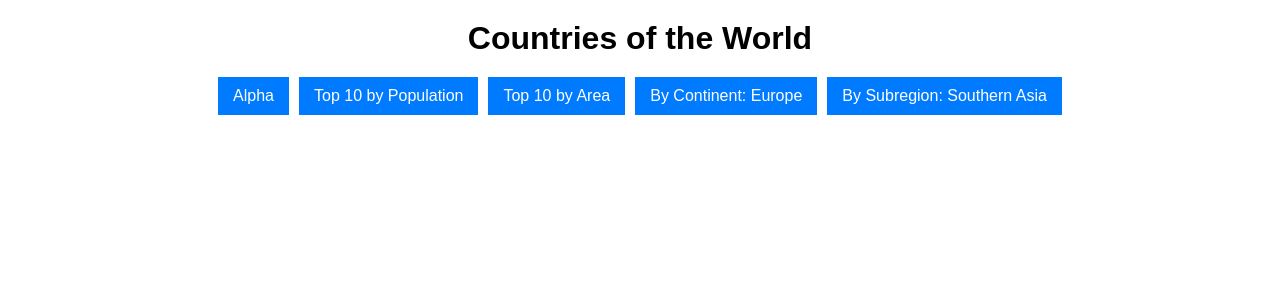
Repository: GavinPahal/Labweek10
Page: /
An editor plug-in stored every save of this project. The page is shown before and after the next save, followed by the edit.
The browser window is 1280 px wide. The pictures show the whole page.
The page's requests for data from a server got no answer. The project was rebuilt for these pictures with package versions that can differ from the ones it lists, and the page was loaded fresh each time. No one was signed in, and anything a server would have sent is missing. Also part of the build but not shown: vite.config.js, src/components/Country.jsx.

Above is the page before, as saved 2024-11-08 23:15:47.

After the next save:
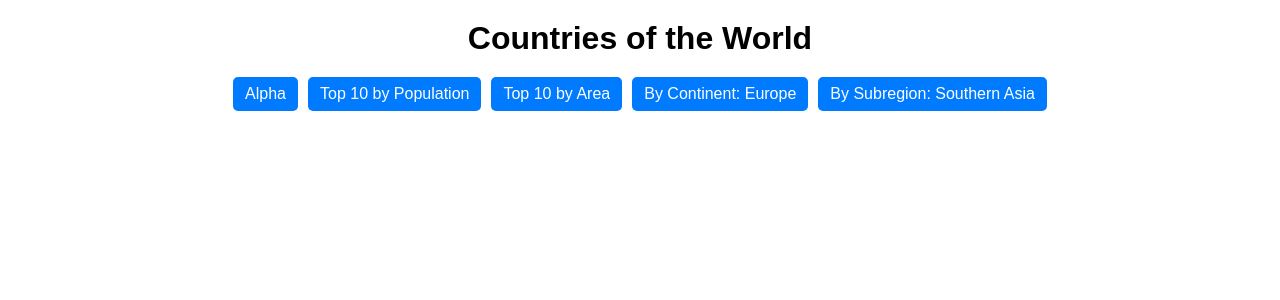
Saved 16 s later.
--- a/src/App.css
+++ b/src/App.css
@@ -18,12 +18,13 @@ h1 {
 }
 
 button {
-  padding: 10px 15px;
+  padding: 8px 12px;
   font-size: 1em;
   border: none;
   background-color: #007bff;
   color: white;
   cursor: pointer;
+  border-radius: 5px;
 }
 
 button:hover {
@@ -41,7 +42,7 @@ button:hover {
   border: 1px solid #ddd;
   padding: 15px;
   border-radius: 5px;
-  width: 200px;
+  width: 250px;
   text-align: left;
 }
 
@@ -62,3 +63,12 @@ button:hover {
   font-size: 0.9em;
   color: #555;
 }
+
+a {
+  color: #007bff;
+  text-decoration: none;
+}
+
+a:hover {
+  text-decoration: underline;
+}
